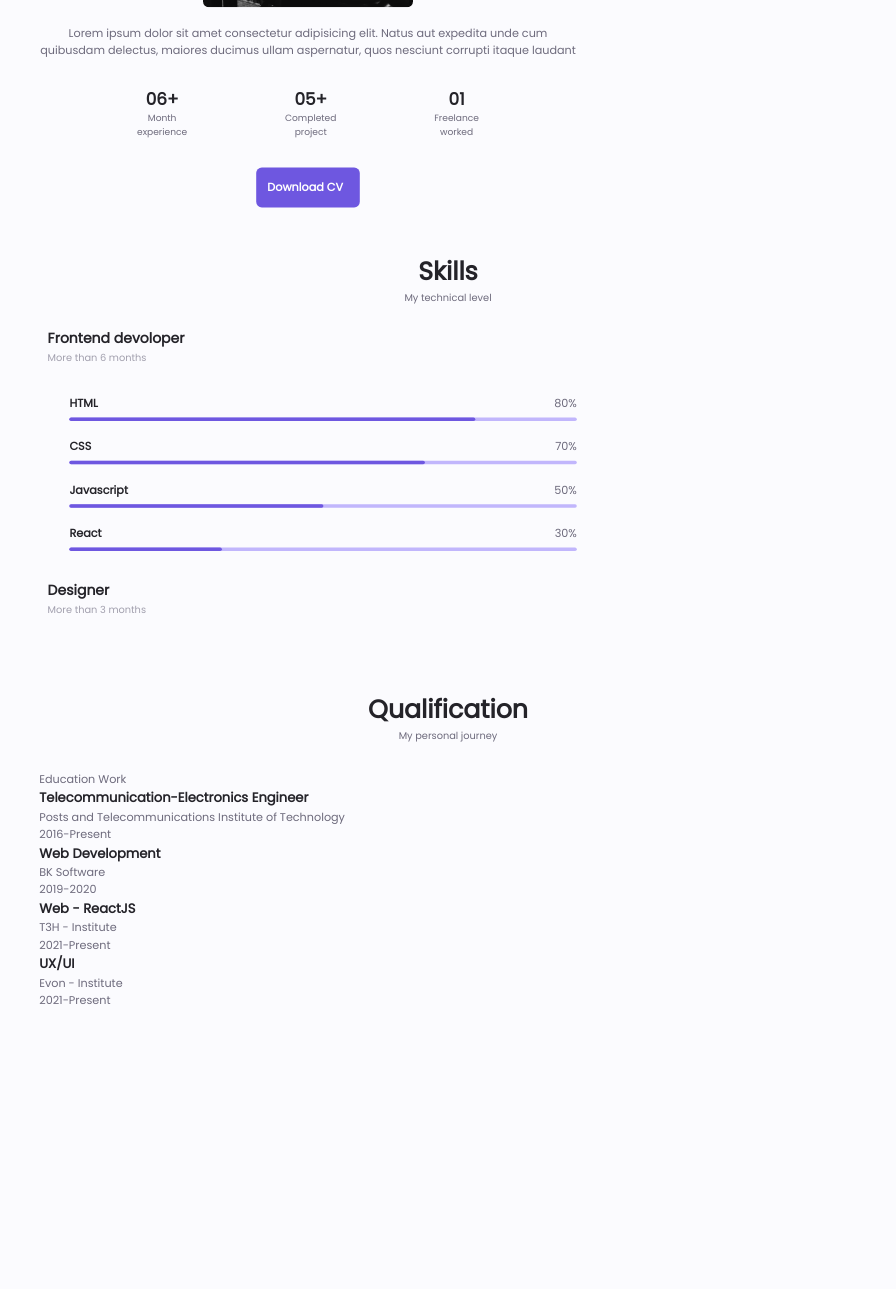
Repository: Datt21/portfolio
Page: index.html
An editor plug-in stored every save of this project. The page is shown before and after the next save, followed by the edit.
The browser window is 1280 px wide. The pictures show the part of the page from y = 996 to 2916 px (the page is 2837 px tall before and 2916 px after), at 70% of full size.
Some icons come from a web library that is not loaded, so they are not drawn.

Above is the page before, as saved 2021-07-10 18:43:00.

After the next save:
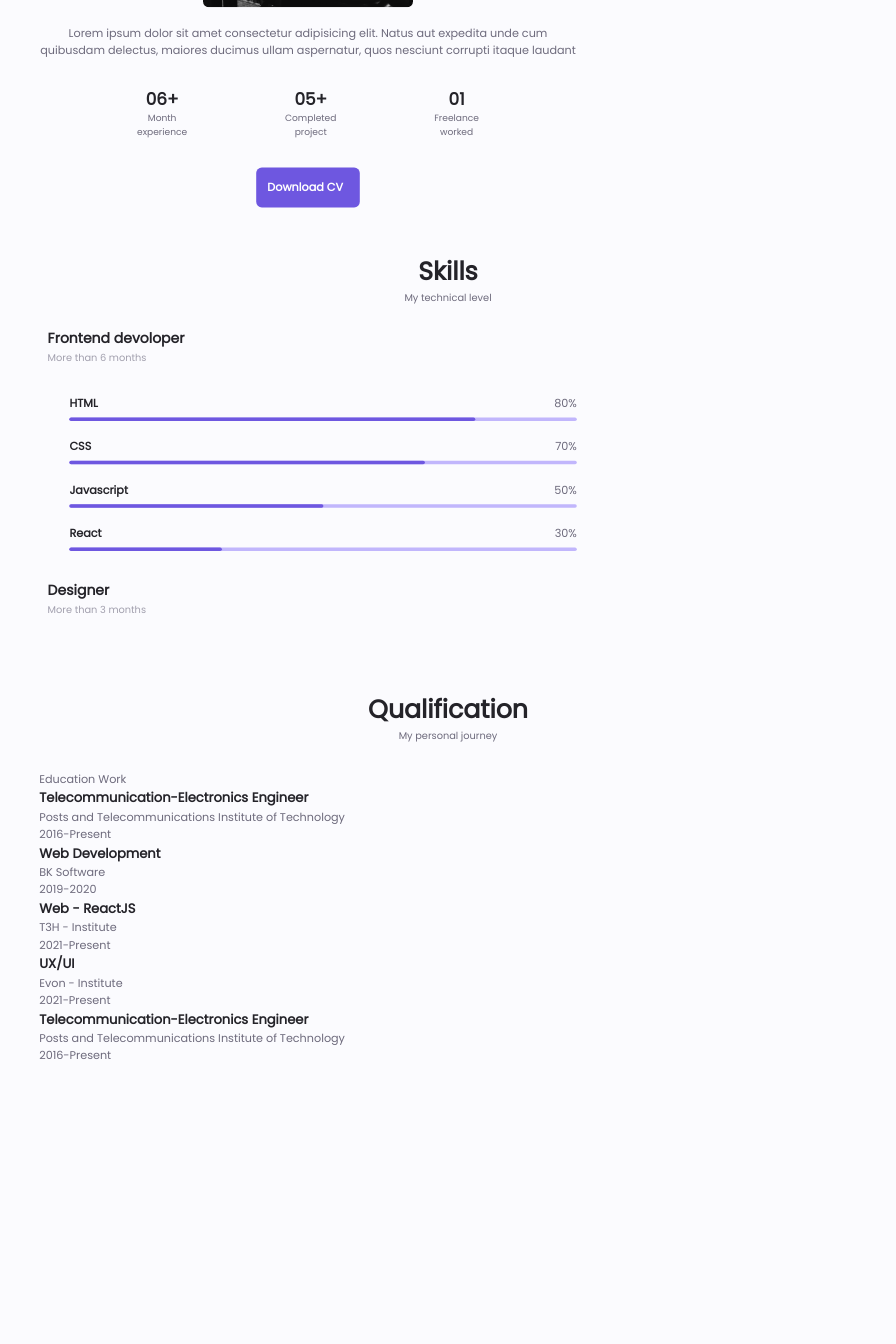
Saved 2 min 50 s later.
--- a/index.html
+++ b/index.html
@@ -361,6 +361,27 @@
 
                             </div>
                         </div>
+                         <!-- Qualification content 1 -->
+                         <div class="qualification__content">
+                            <!-- Qualification 1 -->
+                            <div class="qualification__data">
+                                <div>
+                                    <h3 class="qualification__title"> Telecommunication-Electronics Engineer</h3>
+                                    <span class="qualification__subtitle">Posts and Telecommunications Institute of Technology</span>
+                                    <div class="qualification__calendar">
+                                        <i class="uil uil-calendar-alt"></i>
+                                        2016-Present
+                                    </div>
+                                </div>
+
+                                <div>
+                                    <div class="qualification__rounder"></div>
+                                    <div class="qualification__line"></div>
+                                </div>
+                            </div>
+
+                            </div>
+                        </div>
                     </div>
                 </div>
             </div>
